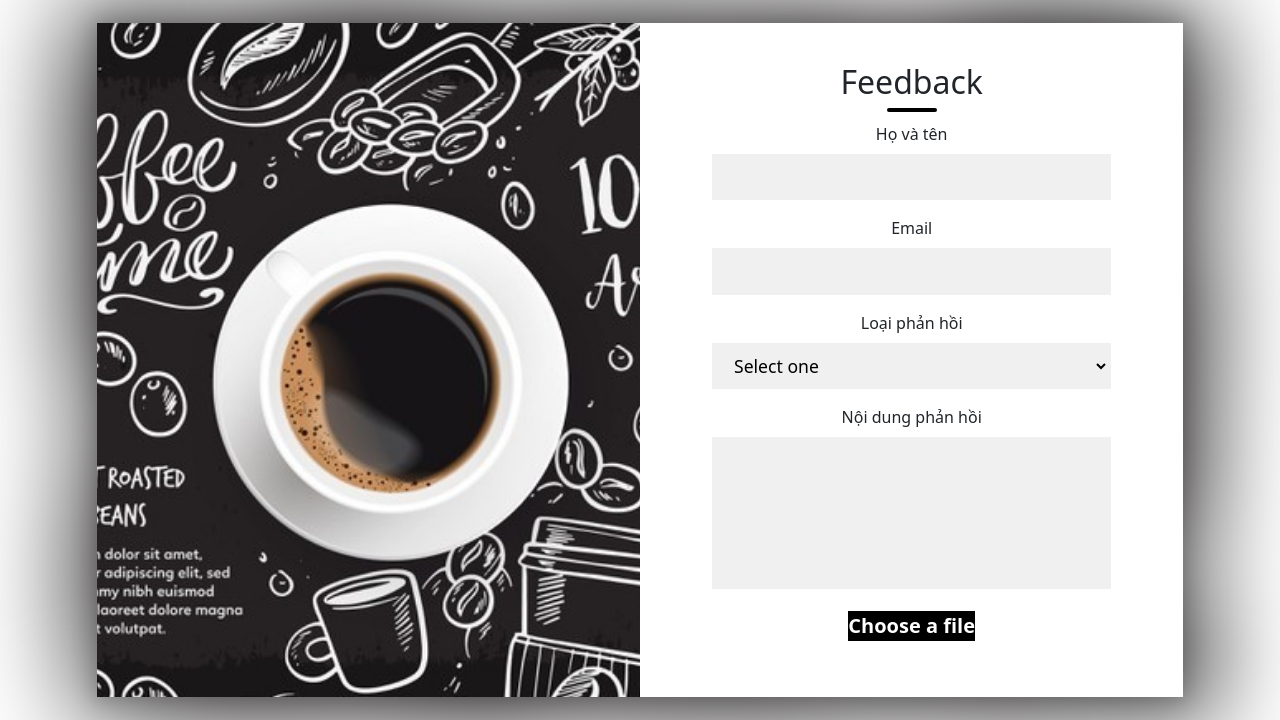
Repository: LeDongGyC/html-css
Page: HTML CSS/prototype/index.html
An editor plug-in stored every save of this project. The page is shown before and after a run of saves, followed by the edit.
The browser window is 1280 px wide. The pictures show the whole page.
The style sheet was rebuilt from its Sass, Less or Tailwind sources for each picture, by a compiler version that may differ from the author's.

Above is the page before, as saved 2023-05-24 10:22:55.

### HTML CSS/prototype/index.html
<!doctype html>
<html lang="en">

<head>
  <title>Title</title>
  <!-- Required meta tags -->
  <meta charset="utf-8">
  <meta name="viewport" content="width=device-width, initial-scale=1, shrink-to-fit=no">
  <link rel="stylesheet" href="style.css">
  <link rel="stylesheet" href="reset.css">
  <!-- <script src="index.js"></script> Bootstrap CSS v5.2.1 -->
  <script>
    var inputs = document.querySelectorAll('.inputfile');
    Array.prototype.forEach.call(inputs, function (input) {
      var label = input.nextElementSibling,
        labelVal = label.innerHTML;
      input.addEventListener('change', function (e) {
        var fileName = '';
        if (this.files && this.files.length > 1)
          fileName = (this.getAttribute('data-multiple-caption') || '').replace('{count}', this.files.length);
        else
          fileName = e.target.value.split('\\').pop();

        if (fileName)
          label.querySelector('span').innerHTML = fileName;
        else
          label.innerHTML = labelVal;
      });
    });
  </script>
  <link href="https://cdn.jsdelivr.net/npm/bootstrap@5.2.1/dist/css/bootstrap.min.css" rel="stylesheet"
    integrity="sha384-iYQeCzEYFbKjA/T2uDLTpkwGzCiq6soy8tYaI1GyVh/UjpbCx/TYkiZhlZB6+fzT" crossorigin="anonymous">

</head>

<body>
  <div class="container">
    <div class="feedback-box">
      <div class="feedback-box_left"></div>
      <div class="feedback-box_right">
        <h2 class="feedback-box_right-title">Feedback</h2>
        <div class="mb-3">
          <label for="name" class="form-label">Họ và tên</label>
          <input type="text" class=" feedback-box_right-item" name="" id="name" aria-describedby="helpId"
            placeholder="">
        </div>
        <div class="mb-3">
          <label for="email" class="form-label">Email</label>
          <input type="text" class=" feedback-box_right-item" name="" id="email" aria-describedby="helpId"
            placeholder="">
        </div>
        <div class="mb-3">
          <label for="" class="form-label">Loại phản hồi</label>
          <select class="feedback-box_right-item " name="" id="">
            <option selected>Select one</option>
            <option value="" class="feedback-box_right-item-selected">Option 1</option>
            <option value="" class="feedback-box_right-item-selected">Option 2</option>
            <option value="" class="feedback-box_right-item-selected">Option 3</option>
          </select>
        </div>
        <div class="mb-3">
          <label for="feedback" class="form-label">Nội dung phản hồi</label>
          <textarea type="" class=" feedback-box_right-item" name="" id="feedback" aria-describedby="helpId"
            placeholder="" rows="5"></textarea>
        </div>
        <div class="mb-3">
          <input type="file" name="file" id="file" class="inputfile" data-multiple-caption="{count} files selected"
            multiple />
          <label for="file">Choose a file</label>
        </div>
      </div>
    </div>
  </div>
  <!-- Bootstrap JavaScript Libraries -->
  <!-- <script src="https://cdn.jsdelivr.net/npm/@popperjs/core@2.11.6/dist/umd/popper.min.js"
    integrity="sha384-oBqDVmMz9ATKxIep9tiCxS/Z9fNfEXiDAYTujMAeBAsjFuCZSmKbSSUnQlmh/jp3" crossorigin="anonymous">
    </script>

  <script src="https://cdn.jsdelivr.net/npm/bootstrap@5.2.1/dist/js/bootstrap.min.js"
    integrity="sha384-7VPbUDkoPSGFnVtYi0QogXtr74QeVeeIs99Qfg5YCF+TidwNdjvaKZX19NZ/e6oz" crossorigin="anonymous">
    </script> -->
</body>

</html>

### HTML CSS/prototype/style.scss
* {
  box-sizing: border-box;
}
html {
  font-size: 62.5%;
}
body {
  font-size: 1.6rem;
  font-family: "Arial", sans-serif;
  font-weight: normal;
  height: 100vh;
  width: 100%;
}
.container {
  position: relative;
  width: 100%;
  height: 100%;
  display: flex;
  justify-content: center;
  align-items: center;
  padding: 2rem 10rem;
  &::after {
    content: "";
    position: absolute;
    width: 100%;
    height: 100%;
    left: 0;
    top: 0;
    background: url("cafe.jpg") no-repeat center;
    background-size: cover;
    filter: blur(50px);
    z-index: -1;
  }
}
.feedback-box {
  max-width: 100rem;

  display: grid;
  grid-template-columns: repeat(2, 1fr);
  justify-content: center;
  align-items: center;
  text-align: center;
  background-color: #fff;
  box-shadow: 0px 0px 19px 5px rgba(0, 0, 0, 0.19);
  &_left {
    background: url("cafe.jpg") no-repeat center;
    display: block;
    background-size: cover;
    // object-fit: cover;
    height: 100%;
  }
  &_right {
    padding: 2.5rem 4.5rem;
    &-title {
      position: relative;
      padding: 0 0 10px;
      margin-bottom: 10px;
      &::after {
        content: "";
        position: absolute;
        left: 50%;
        bottom: 0;
        transform: translateX(-50%);
        height: 4px;
        width: 50px;
        border-radius: 2px;
        background-color: black;
      }
    }
    &-item {
      width: 100%;
      border: 2px solid rgba(0, 0, 0, 0);
      outline: none;
      background-color: rgba(230, 230, 230, 0.6);
      padding: 0.5rem 1rem;
      font-size: 1.1rem;
      //   margin-bottom: 22px;
      transition: 0.3s;
      &:hover {
        background-color: rgba(0, 0, 0, 0.1);
      }
      &:focus {
        border: 2px solid rgba(30, 85, 250, 0.47);
        background-color: #fff;
      }
      &:last-child {
        resize: none;
      }
    }
  }
}
.inputfile {
	width: 0.1px;
	height: 0.1px;
	opacity: 0;
	overflow: hidden;
	position: absolute;
	z-index: -1;
}
.inputfile + label {
    font-size: 1.25em;
    font-weight: 700;
    color: white;
    background-color: black;
    display: inline-block;
    cursor: pointer;
}

.inputfile:focus + label,
.inputfile + label:hover {
    background-color: red;
}

Loaded but not shown: HTML CSS/prototype/reset.css (common file)

After the next 3 saves:
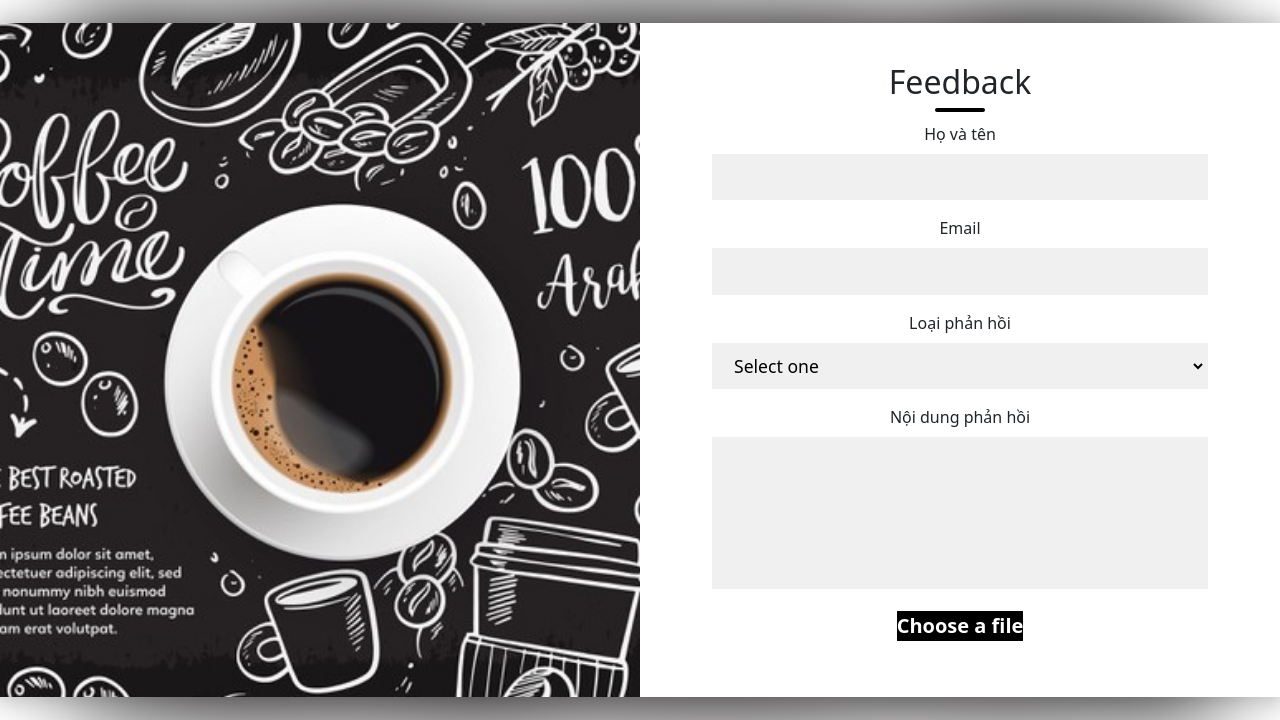
The 3 saves are shown as one change because they came seconds apart.
The last was saved 9 s later.
--- a/HTML CSS/prototype/style.scss
+++ b/HTML CSS/prototype/style.scss
@@ -34,7 +34,7 @@
 }
 .feedback-box {
   max-width: 100rem;
-
+  min-width: 100vw;
   display: grid;
   grid-template-columns: repeat(2, 1fr);
   justify-content: center;

After the save that followed:
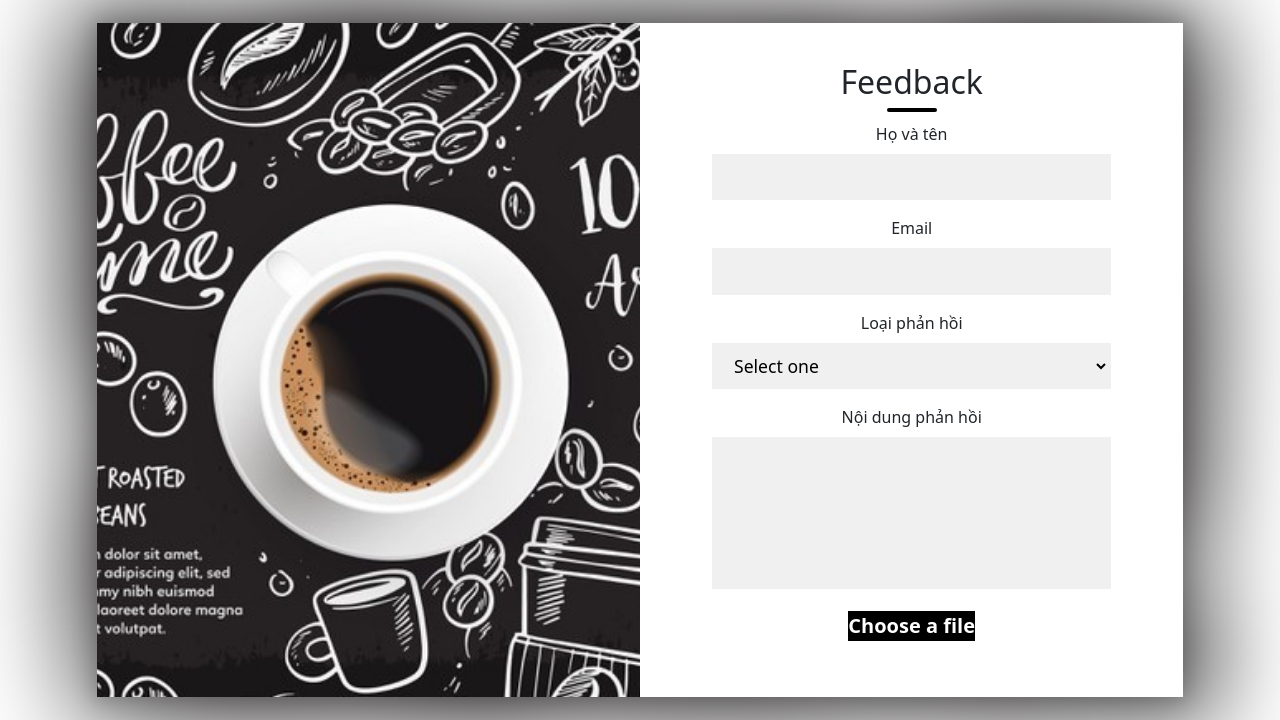
Saved 9 s later.
--- a/HTML CSS/prototype/style.scss
+++ b/HTML CSS/prototype/style.scss
@@ -34,7 +34,7 @@
 }
 .feedback-box {
   max-width: 100rem;
-  min-width: 100vw;
+  min-width: 70vw;
   display: grid;
   grid-template-columns: repeat(2, 1fr);
   justify-content: center;
